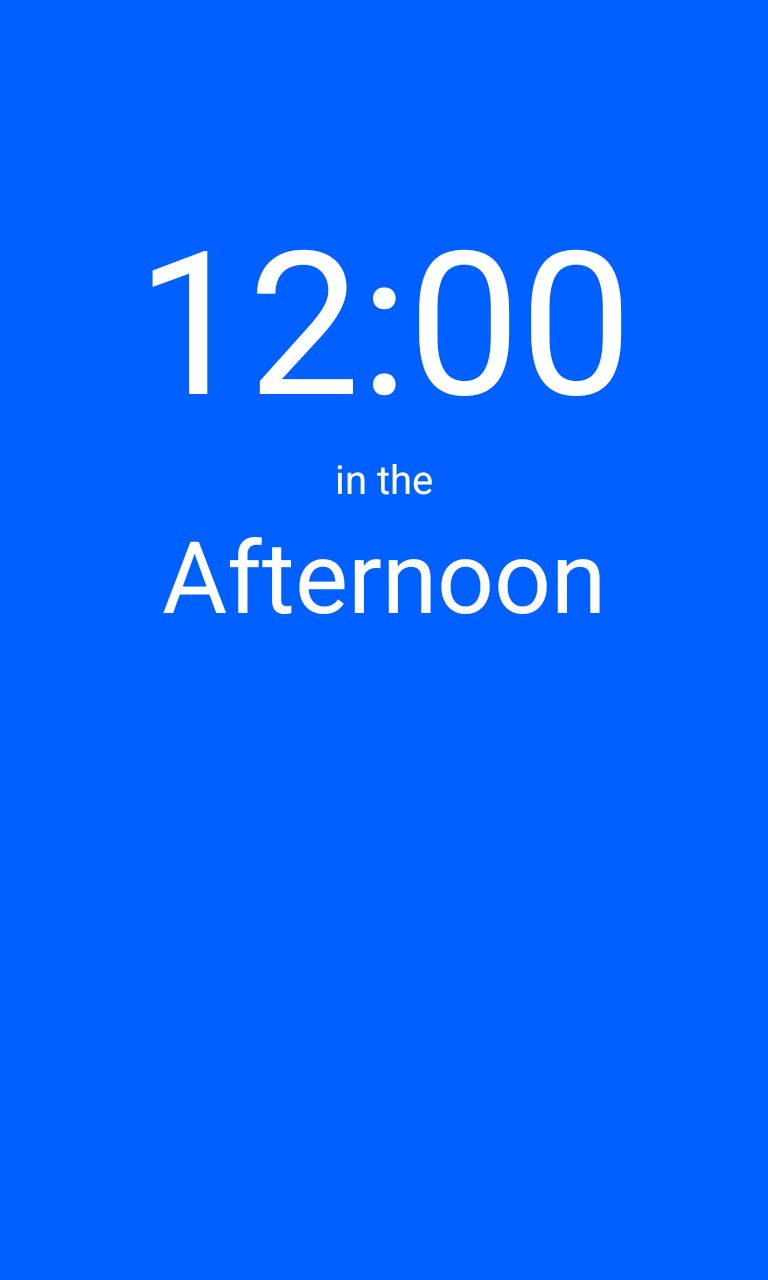
Repository: DinkyDetailsLLC/ADP2
Layout: WakeTimerforKids/res/layout/activity_main.xml
These files come from the project's save history. The layout is drawn as it stood at one moment and after the next save; the edit follows.
It is drawn on a 768 x 1280 px phone screen (xhdpi) without system bars, with theme AppTheme; the app's code is not run.

Above is the layout before, as saved 2014-02-12 05:49:11.

### WakeTimerforKids/res/layout/activity_main.xml
<RelativeLayout xmlns:android="http://schemas.android.com/apk/res/android"
    xmlns:tools="http://schemas.android.com/tools"
    android:layout_width="match_parent"
    android:layout_height="match_parent"
    android:background="@color/blue"
    android:paddingBottom="@dimen/activity_vertical_margin"
    android:paddingLeft="@dimen/activity_horizontal_margin"
    android:paddingRight="@dimen/activity_horizontal_margin"
    android:paddingTop="@dimen/activity_vertical_margin"
    tools:context=".MainActivity" >

        <TextClock
        android:id="@+id/textclock1"
        android:layout_width="wrap_content"
        android:layout_height="wrap_content"
        android:layout_centerHorizontal="true"
        android:layout_marginTop="75dp"
        android:textColor="@color/white"
        android:textSize="100sp"
        android:format12Hour="h:mm"
        android:text="@string/clock" />

        <TextView
        android:id="@+id/smallClockText"
        android:layout_width="wrap_content"
        android:layout_height="wrap_content"
        android:layout_below="@id/textclock1"
        android:layout_centerInParent="true"
        android:layout_marginTop="1dp"
        android:textColor="@color/white"
        android:textSize="20sp"
        android:text="@string/smallClockText"
        />
        <TextView
        android:id="@+id/largeClockText"
        android:layout_width="wrap_content"
        android:layout_height="wrap_content"
        android:layout_below="@id/smallClockText"
        android:layout_centerInParent="true"
        android:layout_marginTop="1dp"
        android:textColor="@color/white"
        android:textSize="50sp"
        android:text="@string/largeClockText"
        />


</RelativeLayout>

### WakeTimerforKids/res/values/color.xml
<?xml version="1.0" encoding="utf-8"?>
<resources>
   <color name="white">#ffffff</color>
   <color name="black">#000000</color>
   <color name="blue">#0060ff</color>

</resources>

### WakeTimerforKids/res/values/strings.xml
<?xml version="1.0" encoding="utf-8"?>
<resources>

    <string name="app_name">WakeTimerforKids</string>
    <string name="action_settings">Settings</string>
    <string name="hello_world">Hello world!</string>
 	<string name="clock">Clock</string>
 	<string name="smallClockText">in the</string>
 	<string name="largeClockText">Afternoon</string>

</resources>

Loaded but not shown: WakeTimerforKids/res/values/styles.xml (common file); WakeTimerforKids/res/values-v11/styles.xml (common file); WakeTimerforKids/res/values-v14/styles.xml (common file); WakeTimerforKids/res/values/dimens.xml (common file)

After the next save:
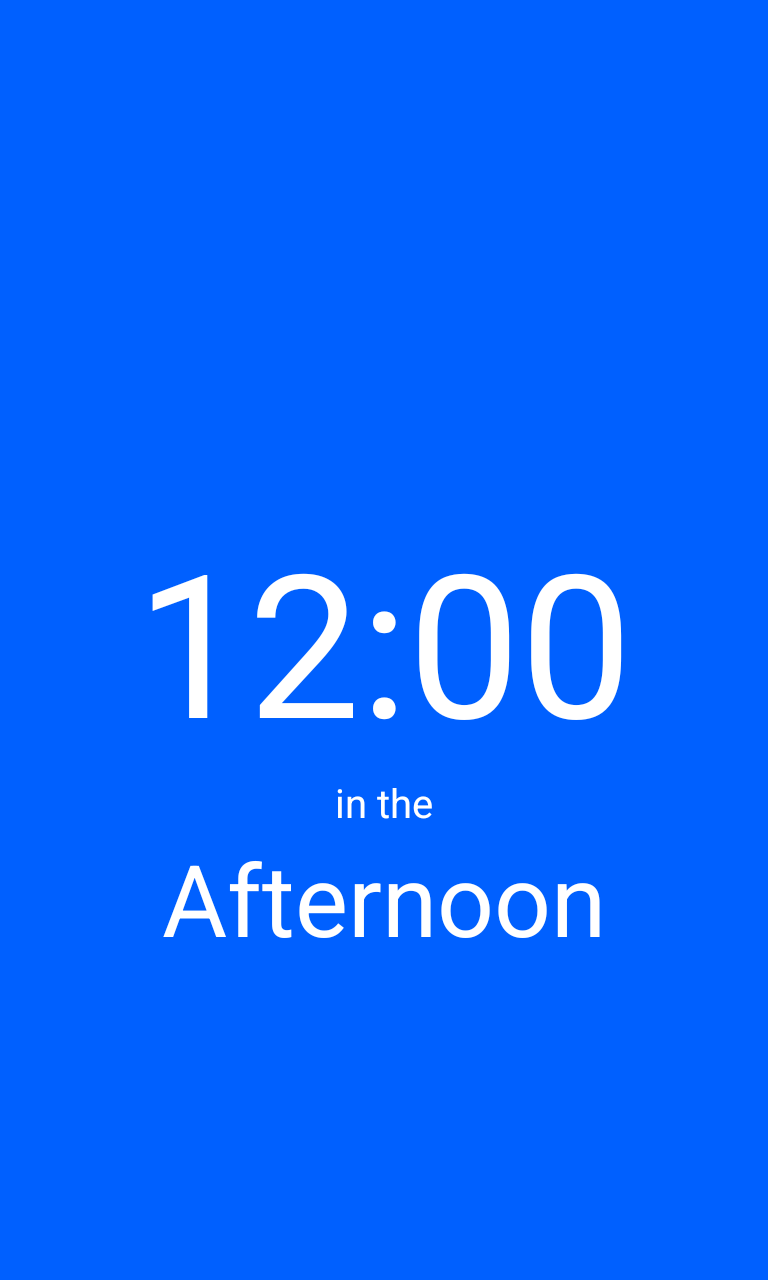
Saved 13 s later.
--- a/WakeTimerforKids/res/layout/activity_main.xml
+++ b/WakeTimerforKids/res/layout/activity_main.xml
@@ -14,7 +14,7 @@
         android:layout_width="wrap_content"
         android:layout_height="wrap_content"
         android:layout_centerHorizontal="true"
-        android:layout_marginTop="75dp"
+        android:layout_centerVertical="true"
         android:textColor="@color/white"
         android:textSize="100sp"
         android:format12Hour="h:mm"

After the save that followed:
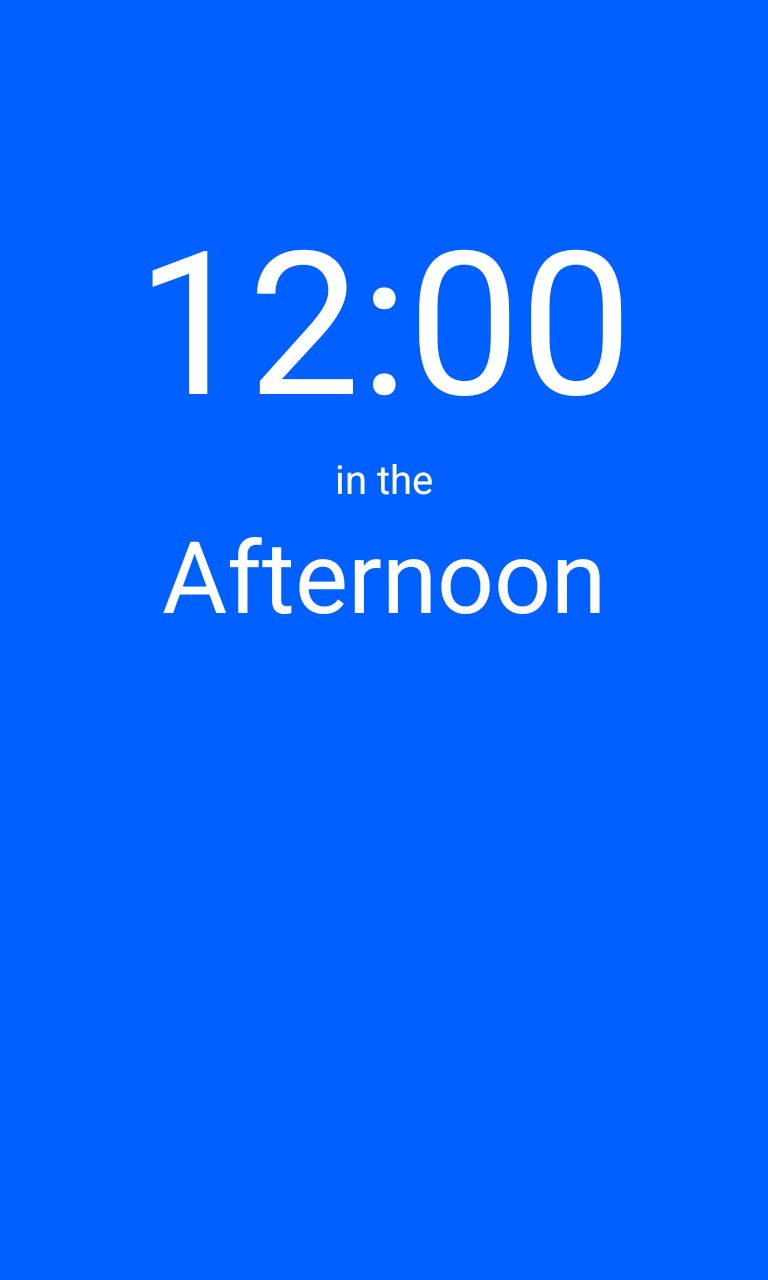
Saved 20 s later.
--- a/WakeTimerforKids/res/layout/activity_main.xml
+++ b/WakeTimerforKids/res/layout/activity_main.xml
@@ -14,7 +14,7 @@
         android:layout_width="wrap_content"
         android:layout_height="wrap_content"
         android:layout_centerHorizontal="true"
-        android:layout_centerVertical="true"
+        android:layout_marginTop="75dp"
         android:textColor="@color/white"
         android:textSize="100sp"
         android:format12Hour="h:mm"
